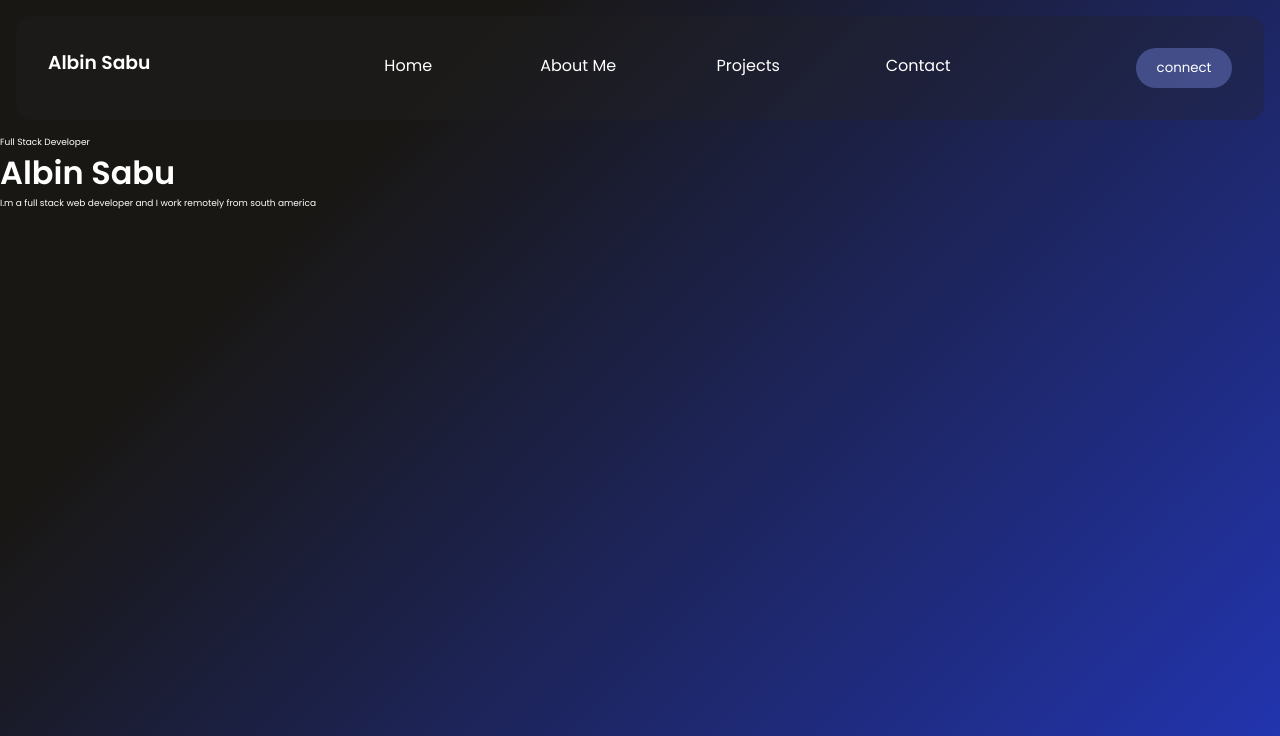
Repository: albinsabu2023/personalwebsite
Page: index.html
The author's editor kept a copy of each file at every save. The page is drawn from the files as they stood at one save, then again after the next save.
The browser window is 1280 px wide. The pictures show the whole page.

Above is the page before, as saved 2023-09-02 12:37:10.

### index.html
<!DOCTYPE html>
<html lang="en">
<head>
    <meta charset="UTF-8">
    <meta name="viewport" content="width=device-width, initial-scale=1.0">
    <title>Document</title>
    <link rel="stylesheet" href="style.css">
    <link rel="stylesheet" href="media.css">
</head>
<body>
    <nav >
        <h3 class="title">Albin Sabu</h3>
        <ul>
            <li class><a href="#home">Home</a></li>
            <li><a href="#about">About Me</a></li>
            <li><a href="#project">Projects</a></li>
            <li><a href="#contact">Contact</a> </li>
        </ul>
        <button class="btn-connect">connect</button>
    </nav>
    <div id="home">
        <div class="profile__text">
            <p>Full Stack Developer</p>
            <h1>Albin Sabu</h1>
            <p>I.m a full stack web developer and I work remotely from south america</p>


        </div>
        <div class="profile__img"></div>
        <div class="profile__links"></div>
    </div>
</body>
</html>

### style.css
@import url('https://fonts.googleapis.com/css2?family=Poppins:ital,wght@0,300;0,400;0,500;0,600;1,300;1,500;1,600&display=swap');
*{
    margin:0;
    font-family: 'Poppins', sans-serif;

}
body{

    color: white;
    margin-top: 1rem;

    background-color: #2234ae;
    height:100vh;
    background-image: linear-gradient(315deg, #2234ae 0%, #191714 74%);

}
nav{
    position: sticky;
    z-index: 0;
    display: flex;
    padding: 2rem;
    margin: 1rem;
    background-color: rgba(34, 34, 34, 0.3);
    border-radius: 1rem;
    justify-content: space-between;

}

nav ul{
    list-style-type: none;
    display: flex;
    gap: 2rem;
    justify-content: space-between;



}

nav ul li:hover{
    background: rgba(74, 74, 74, 0.4);


}
nav ul li{
    padding: 5px;
    border-radius: 1rem;
    text-align: center;
    width: 8rem;


}
nav ul li a{
    text-decoration: none;
    color: white;
}

.btn-connect{
    background: rgba(104, 121, 197, 0.5);
    border: none;
    color: white;
    padding: 10px;
    border-radius: 3rem;
    width: 6rem;

}
.btn-connect:hover{
    background: #0c68f2;
}

.profile__text{
    width: 30vw;
    text-align: justify;
}
.profile__text p{
    font-size: xx-small;
}

### media.css
@media  screen and (max-width:600px) {
    nav ul{
        flex-direction: column;
        display: none;

    }
}

After the next save:
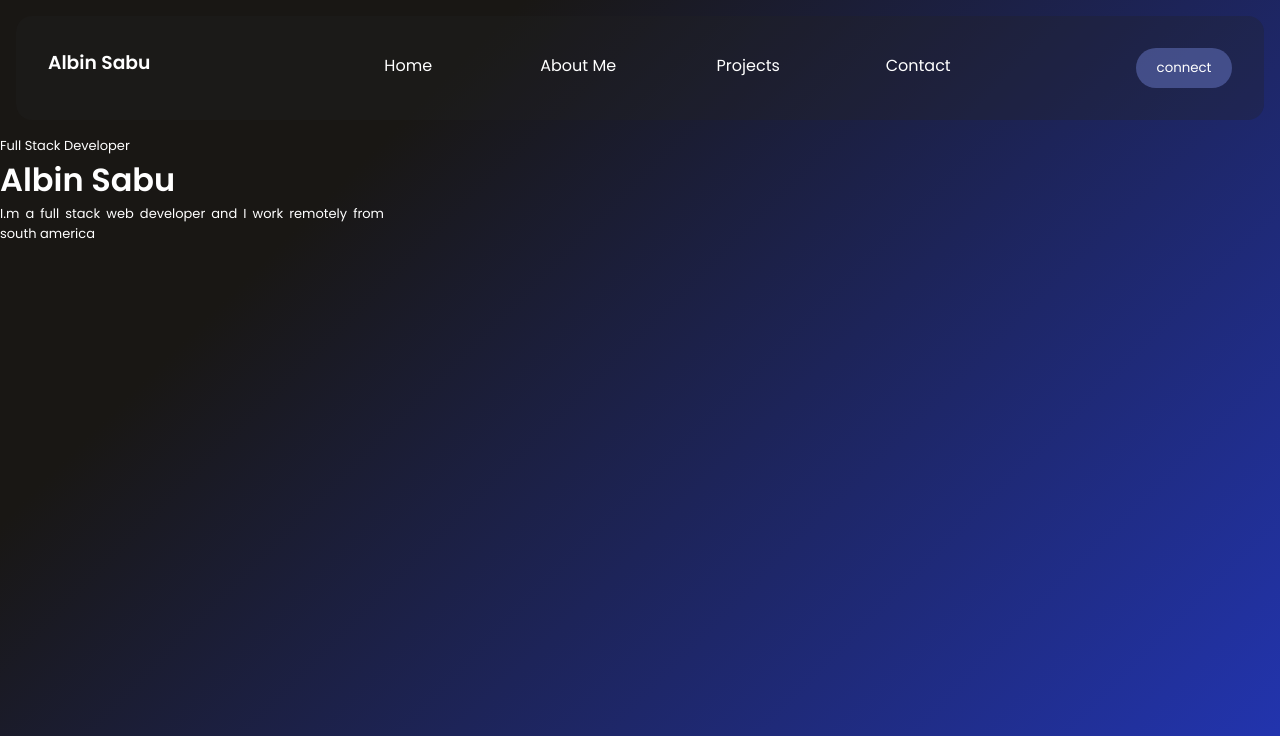
Saved 18 s later.
--- a/style.css
+++ b/style.css
@@ -72,5 +72,5 @@ nav ul li a{
     text-align: justify;
 }
 .profile__text p{
-    font-size: xx-small;
+    font-size: small;
 }
